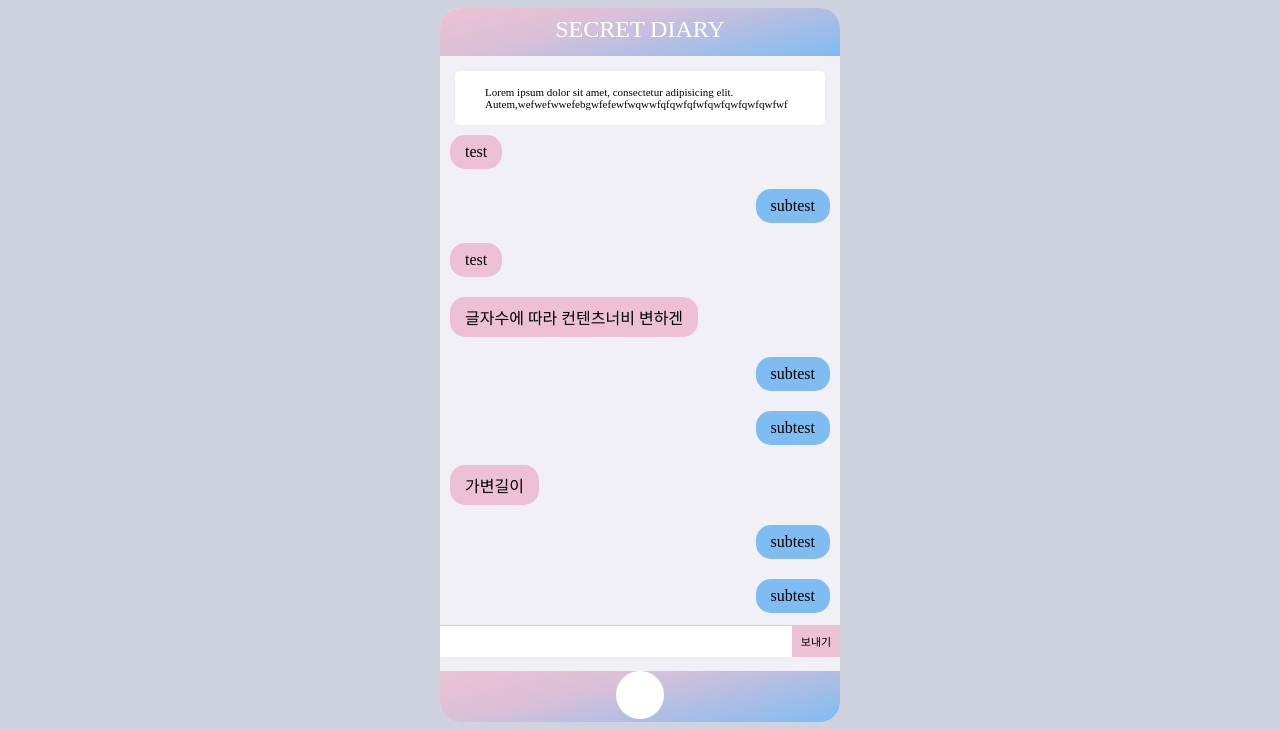
Repository: jinhee196/diary
Page: index.html
An editor plug-in stored every save of this project. The page is shown before and after the next save, followed by the edit.
The browser window is 1280 px wide. The pictures show the whole page.

Above is the page before, as saved 2021-06-04 13:10:42.

### index.html
<!DOCTYPE html>
<html lang="ko">
<head>
    <meta charset="UTF-8">
    <meta http-equiv="X-UA-Compatible" content="IE=edge">
    <meta name="viewport" content="width=device-width, initial-scale=1.0">
    <title>secret Note</title>
    <link rel="stylesheet" href="style.css">
</head>
<body>
  <div class="container">
      <header class="header">SECRET DIARY</header>
      <section id="morning">
        <p class="desc">Lorem ipsum dolor sit amet, consectetur adipisicing elit. Autem,wefwefwwefebgwfefewfwqwwfqfqwfqfwfqwfqwfqwfqwfwf </p>
        <ul class="items">
          <li class="item">test</li>
          <li class="item-sub">subtest</li>
          <li class="item">test</li>
          <li class="item">글자수에 따라 컨텐츠너비 변하겐</li>
          <li class="item-sub">subtest</li>
          <li class="item-sub">subtest</li>
          <li class="item">가변길이</li>
          <li class="item-sub">subtest</li>
          <li class="item-sub">subtest</li>
          <li class="item-sub">subtest</li>

        </ul>
        <div class="message">
        <input type="text" class="footer__input" />
        <button class="footer__submit">보내기</button>
        </div>
    </section>
    <footer class="footer">

      <button class="footer__button">
         <i class="fas fa-plus"></i>
       </button>
     </footer>
  </div>
</body>
</html>

### style.css
* {
  box-sizing: border-box;
}
ul {
  padding: 0;
}

button {
  outline: none;
  background: transparent;
  border: none;
  cursor: pointer;
}
body {
  background-color: #ced3df;
  text-align: center;
}

.container {
  width: 400px;
  margin: auto;
  background-color: #f1f0f7;
  border-radius: 20px;
}

.header {
  height: 48px;
  padding: 8px;
  font-size: 24px;
  background: rgba(237, 193, 211);

  background: linear-gradient(
    166deg,
    rgba(237, 193, 211, 1) 0%,
    rgba(219, 192, 216, 1) 35%,
    rgba(127, 188, 242, 1) 100%
  );
  border-radius: 20px 20px 0 0;
  color: #fff;
}
#morning {
  height: 600px;
}
.desc {
  width: 370px;
  font-size: 11px;
  text-align: left;
  padding: 15px 30px;
  margin: 15px auto 0;
  background-color: #fff;
  border-radius: 5px;
}
.items {
  height: 500px;
  overflow-y: auto;
  margin: 0;
}

.item {
  padding: 8px 15px;
  margin: 10px;
  border-radius: 15px;
  background: rgba(237, 193, 211);
  display: inline-block;
  float: left;
  clear: both;
}
.item-sub {
  padding: 8px 15px;
  margin: 10px;
  border-radius: 15px;
  background: rgba(127, 188, 242, 1);
  display: inline-block;
  float: right;
  clear: both;
}

.footer {
  background: rgba(237, 193, 211);

  background: linear-gradient(
    166deg,
    rgba(237, 193, 211, 1) 0%,
    rgba(219, 192, 216, 1) 35%,
    rgba(127, 188, 242, 1) 100%
  );
  border-radius: 0 0 20px 20px;
}
.message {
  width: 100%;
}
.footer__input {
  width: 88%;
  height: 32px;
  border: none;
  outline: none;
  font-size: 14px;
  font-weight: 400;
  padding: 0 16px;
  float: left;
  border-top: 1px solid rgba(237, 193, 211);
}

.footer__submit {
  width: 12%;
  height: 32px;
  float: right;
  background-color: rgba(237, 193, 211);
  font-size: 11px;
  padding: 0;
}
.footer__button {
  width: 48px;
  height: 48px;
  background-color: #fff;
  border-radius: 50%;
  color: #fff;
  font-size: 28px;
  transition: transform 300ms ease-in;
}

.footer__button:hover {
  transform: scale(1.1);
}

After the next save:
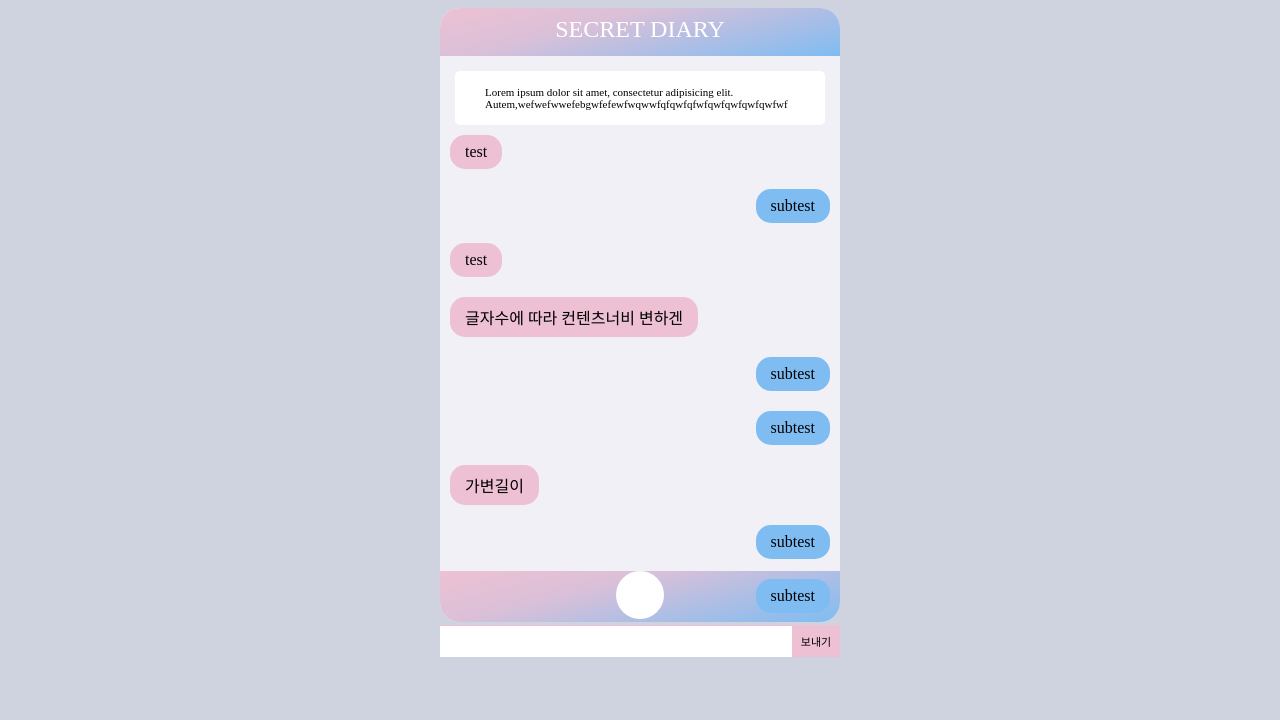
Saved 44 s later.
--- a/style.css
+++ b/style.css
@@ -39,7 +39,7 @@ body {
   color: #fff;
 }
 #morning {
-  height: 600px;
+  height: 500px;
 }
 .desc {
   width: 370px;
